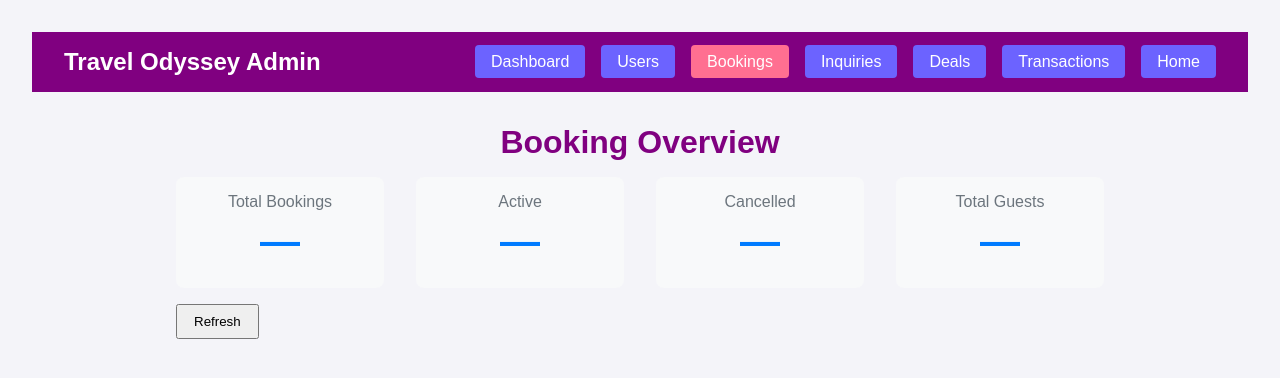
Repository: GHzPhoenix/Project-Odyssey
Page: Frontend/admin-bookings.html
These files come from the project's save history. The page is drawn as it stood at one moment and after the next save; the edit follows.
The browser window is 1280 px wide. The pictures show the whole page.
The page's requests for data from a server got no answer.

Above is the page before, as saved 2025-07-22 12:47:51.

### Frontend/admin-bookings.html
<!DOCTYPE html>
<html lang="en">
  <head>
    <meta charset="UTF-8" />
    <meta name="viewport" content="width=device-width,initial-scale=1.0" />
    <title>Admin Dashboard – Travel Odyssey</title>
    <link rel="stylesheet" href="/Frontend/css/admin.css" />
    <style>
      .kpi-container {
        display: none;
      }
      table {
        margin: 2rem auto;
        max-width: 1200px;
        width: 95%;
      }
      .status-active {
        color: #28a745;
        font-weight: bold;
      }
      .status-cancelled {
        color: #dc3545;
        font-weight: bold;
      }
      .action-btn {
        padding: 4px 8px;
        border: none;
        border-radius: 4px;
        cursor: pointer;
        font-size: 12px;
        margin: 0 2px;
      }
      .cancel-btn {
        background: #dc3545;
        color: #fff;
      }
      .cancel-btn:disabled {
        background: #6c757d;
        cursor: not-allowed;
      }
      .edit-btn {
        background: #007bff;
        color: #fff;
      }
      .delete-btn {
        background: #6c757d;
        color: #fff;
      }
      .filters {
        max-width: 1200px;
        width: 95%;
        margin: 1rem auto;
        display: flex;
        gap: 1rem;
        align-items: center;
      }
      .filter-select {
        padding: 8px;
        border: 1px solid #ddd;
        border-radius: 4px;
      }
      .bookings-summary {
        max-width: 1200px;
        width: 95%;
        margin: 1rem auto;
        display: flex;
        gap: 2rem;
        background: #f8f9fa;
        padding: 1rem;
        border-radius: 8px;
      }
      .summary-item {
        text-align: center;
      }
      .summary-number {
        font-size: 2rem;
        font-weight: bold;
        color: #007bff;
      }
      .summary-label {
        font-size: 0.9rem;
        color: #6c757d;
      }
    </style>
  </head>
  <body>
    <header>
      <nav>
        <div class="logo">Travel Odyssey Admin</div>
        <ul>
          <li><a href="admin.html">Dashboard</a></li>
          <li><a href="admin-users.html">Users</a></li>
          <li><a href="admin-bookings.html" class="active">Bookings</a></li>
          <li><a href="inquiries.html">Inquiries</a></li>
          <li><a href="add-deal.html">Deals</a></li>
          <li><a href="transactions.html">Transactions</a></li>
          <li><a href="index.html">Home</a></li>
        </ul>
      </nav>
    </header>

    <main>
     <h1>Booking Overview</h1>

  <div class="summary">
    <div class="card">
      <p>Total Bookings</p>
      <h2 id="total">—</h2>
    </div>
    <div class="card">
      <p>Active</p>
      <h2 id="active">—</h2>
    </div>
    <div class="card">
      <p>Cancelled</p>
      <h2 id="cancelled">—</h2>
    </div>
    <div class="card">
      <p>Total Guests</p>
      <h2 id="guests">—</h2>
    </div>
  </div>

  <button onclick="loadSummary()">Refresh</button>

  <script>
    const API = 'http://127.0.0.1:5001/api/bookings/all';
    const token = localStorage.getItem('token') || '';

    async function fetchJSON(url) {
      const res = await fetch(url, {
        headers: { 'Authorization': 'Bearer ' + token }
      });
      if (!res.ok) throw new Error('HTTP ' + res.status);
      return res.json();
    }

    async function loadSummary() {
      try {
        const bookings = await fetchJSON(API);
        const total = bookings.length;
        const cancelled = bookings.filter(b => b.cancelled_at).length;
        const active = total - cancelled;
        const guests = bookings
          .filter(b => !b.cancelled_at)
          .reduce((sum, b) => sum + (b.guests || 0), 0);

        document.getElementById('total').textContent = total;
        document.getElementById('active').textContent = active;
        document.getElementById('cancelled').textContent = cancelled;
        document.getElementById('guests').textContent = guests;
      } catch (err) {
        console.error('Failed to load summary:', err);
        alert('Could not fetch booking data.');
      }
    }

    document.addEventListener('DOMContentLoaded', loadSummary);
  </script>

  </body>
</html>

### Frontend/css/admin.css
@import url("https://fonts.googleapis.com/css2?family=Merriweather:wght@300;400;700&display=swap");

* {
  box-sizing: border-box;
  margin: 0;
  padding: 0;
}

body {
  font-family: "Merriweather", serif;
  background: #f4f4f9;
  color: #333;
}
.action {
  background: #6c63ff;
  color: white;
  border: none;
  padding: 0.4rem 0.8rem;
  border-radius: 4px;
  cursor: pointer;
  font-size: 0.9rem;
  transition: background 0.2s ease;
}
.action:hover {
  background: #5950d4;
}
.modal-overlay {
  display: none;
  position: fixed;
  inset: 0;
  background: rgba(0, 0, 0, 0.6);
  align-items: center;
  justify-content: center;
  z-index: 1000;
}
.modal-overlay.active {
  display: flex;
}
.modal {
  background: #fff;
  padding: 2rem;
  border-radius: 8px;
  width: 90%;
  max-width: 400px;
  box-shadow: 0 2rem 4rem rgba(0, 0, 0, 0.2);
}
.modal h2 {
  margin-bottom: 1rem;
  color: purple;
}
.modal .input-group {
  margin-bottom: 1rem;
}
.modal label {
  display: block;
  margin-bottom: 0.4rem;
  font-weight: 600;
}
.modal input[type="text"],
.modal input[type="date"] {
  width: 100%;
  padding: 0.5rem;
  border: 1px solid #ccc;
  border-radius: 4px;
}

.modal-actions {
  text-align: right;
  margin-top: 1rem;
}
.modal-actions button {
  background: #6c63ff;
  color: #fff;
  border: none;
  padding: 0.5rem 1rem;
  border-radius: 4px;
  cursor: pointer;
  margin-left: 0.5rem;
  transition: background 0.2s;
}
.modal-actions button#modal-cancel {
  background: #ccc;
  color: #333;
}
.modal-actions button:hover {
  background: #5950d4;
}

header nav {
  background: purple;
  padding: 1rem 2rem;
  display: flex;
  align-items: center;
  justify-content: space-between;
}

header nav .logo {
  color: white;
  font-size: 1.5rem;
  font-weight: bold;
}

header nav ul {
  list-style: none;
  display: flex;
  gap: 1rem;
}

header nav a {
  color: white;
  text-decoration: none;
  padding: 0.5rem 1rem;
  background: #6c63ff;
  border-radius: 4px;
  transition: background 0.2s;
}

header nav a.active,
header nav a:hover {
  background: #ff6f91;
}

main {
  max-width: 960px;
  margin: 2rem auto;
  padding: 0 1rem;
}

h1,
h2 {
  color: purple;
  margin-bottom: 1rem;
  text-align: center;
}

form {
  background: white;
  padding: 2rem;
  border-radius: 8px;
  box-shadow: 0 4px 12px rgba(0, 0, 0, 0.1);
}

form .input-group {
  margin-bottom: 1.25rem;
}

form label {
  display: block;
  margin-bottom: 0.4rem;
  font-weight: 600;
}

form input[type="text"],
form input[type="date"],
form input[type="number"],
form textarea {
  width: 100%;
  padding: 0.6rem;
  border: 1px solid #ccc;
  border-radius: 4px;
  font-size: 1rem;
}

form textarea {
  resize: vertical;
  min-height: 80px;
}

.file-input-label {
  display: inline-block;
  padding: 0.5rem 1rem;
  background: #007bff;
  color: white;
  border-radius: 4px;
  cursor: pointer;
  font-size: 0.9rem;
}

#file-chosen {
  margin-left: 0.5rem;
  font-size: 0.9rem;
  vertical-align: middle;
  color: #555;
}

input[type="file"] {
  display: none;
}

button[type="submit"] {
  background: #0b6623;
  color: white;
  padding: 0.7rem 1.4rem;
  border: none;
  border-radius: 4px;
  font-size: 1rem;
  cursor: pointer;
}

button[type="submit"]:hover {
  background: #095a1a;
}

#deal-message,
#inquiry-message {
  margin-top: 0.75rem;
  font-size: 0.9rem;
}

#deal-message.error,
#inquiry-message.error {
  color: #b00020;
}

#deal-message.success,
#inquiry-message.success {
  color: #0b6623;
}

table {
  width: 100%;
  border-collapse: collapse;
  background: white;
  margin-top: 1rem;
  box-shadow: 0 2px 8px rgba(0, 0, 0, 0.1);
}

th,
td {
  padding: 0.75rem 1rem;
  border: 1px solid #ddd;
  text-align: left;
}

th {
  background: purple;
  color: white;
  font-weight: 600;
}

tr:nth-child(even) td {
  background: #f9f9ff;
}

.inquiry-actions button {
  background: #6c63ff;
  color: white;
  border: none;
  padding: 0.4rem 0.8rem;
  border-radius: 4px;
  cursor: pointer;
  font-size: 0.9rem;
  margin-right: 0.5rem;
}

.inquiry-actions button:hover {
  background: #5950d4;
}

.deal-card {
  background: white;
  border-radius: 8px;
  box-shadow: 0 2px 8px rgba(0, 0, 0, 0.1);
  overflow: hidden;
  margin: 1rem 0;
  display: flex;
}

.deal-card img {
  width: 120px;
  object-fit: cover;
}

.deal-card-body {
  padding: 1rem;
  flex: 1;
}

.deal-card-body h3 {
  margin-bottom: 0.5rem;
}

.deal-card-body p {
  margin-bottom: 0.5rem;
}

.deal-card-body .card-button {
  background: #6c63ff;
  color: white;
  padding: 0.4rem 0.8rem;
  border-radius: 4px;
  text-decoration: none;
}

.deal-card-body .card-button:hover {
  background: #5950d4;
}

.button-link {
  display: inline-block;
  margin-top: 1.5rem;
  color: #6c63ff;
  text-decoration: underline;
}

.file-input-btn {
  display: inline-block;
  background: #6c63ff;
  color: #fff;
  padding: 0.5rem 1rem;
  border-radius: 4px;
  cursor: pointer;
  font-size: 0.9rem;
  transition: background 0.2s;
}
.file-input-btn:hover {
  background: #5950d4;
}

#modal-file-chosen {
  margin-left: 0.75rem;
  font-size: 0.9rem;
  color: #555;
  vertical-align: middle;
}

.file-input-group {
  margin-bottom: 1rem;
}
body {
  font-family: sans-serif;
  padding: 2rem;
}
.summary {
  display: flex;
  gap: 2rem;
  flex-wrap: wrap;
}
.card {
  background: #f8f9fa;
  border-radius: 8px;
  padding: 1rem 2rem;
  text-align: center;
  flex: 1 1 150px;
}
.card h2 {
  margin: 0.5rem 0;
  font-size: 2.5rem;
  color: #007bff;
}
.card p {
  margin: 0;
  color: #6c757d;
}
button {
  margin-top: 1rem;
  padding: 0.5rem 1rem;
}

After the next save:
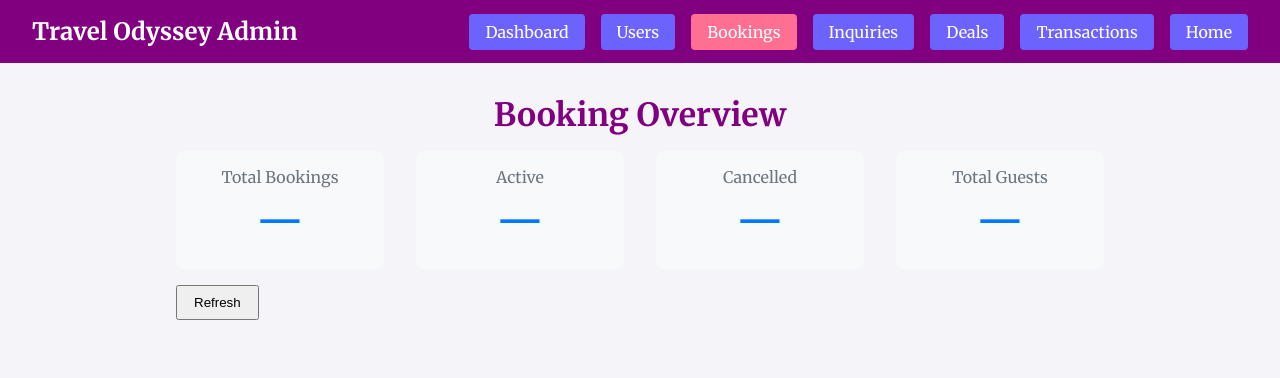
Saved 17 s later.
--- a/Frontend/css/admin.css
+++ b/Frontend/css/admin.css
@@ -327,10 +327,7 @@ tr:nth-child(even) td {
 .file-input-group {
   margin-bottom: 1rem;
 }
-body {
-  font-family: sans-serif;
-  padding: 2rem;
-}
+
 .summary {
   display: flex;
   gap: 2rem;
